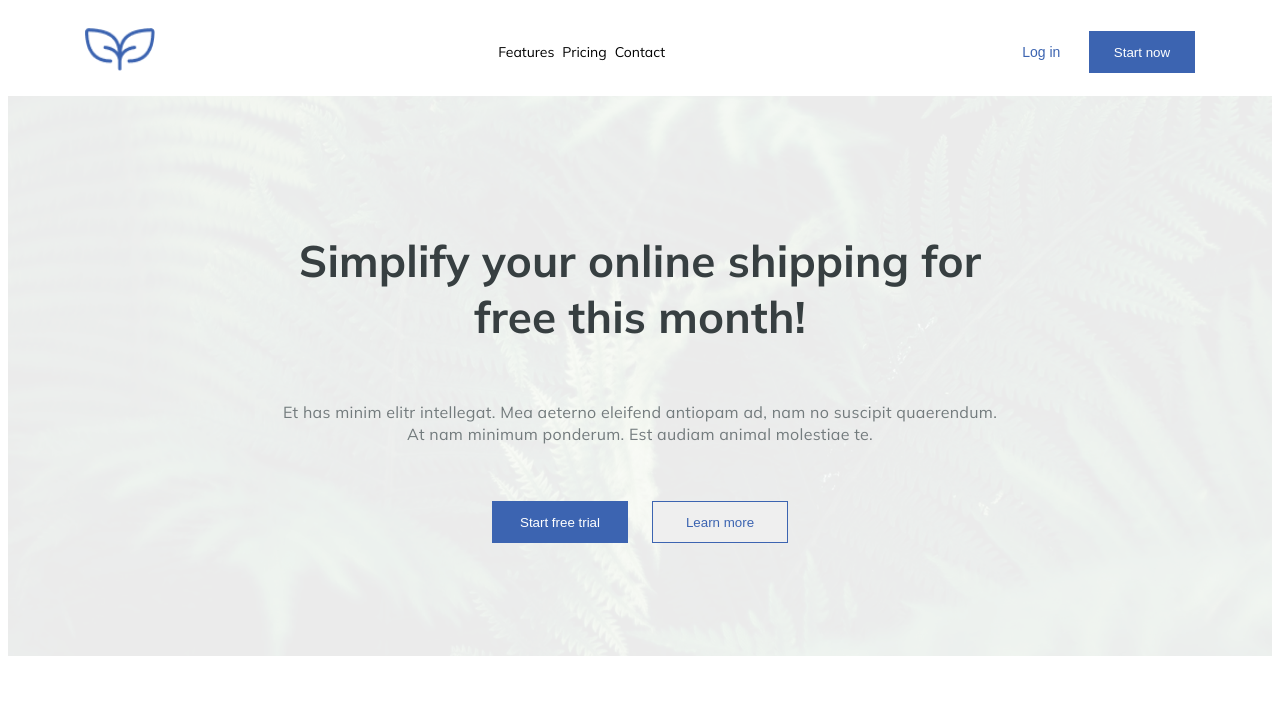
Repository: HoanTiny/FrontEnd_Examination
Page: index.html
An editor plug-in stored every save of this project. The page is shown before and after the next save, followed by the edit.
The browser window is 1280 px wide. The pictures show the whole page.

Above is the page before, as saved 2022-11-26 01:46:33.

### index.html
<!DOCTYPE html>
<html lang="en">
    <head>
        <meta charset="UTF-8" />
        <meta http-equiv="X-UA-Compatible" content="IE=edge" />
        <meta name="viewport" content="width=device-width, initial-scale=1.0" />
        <title>Document</title>
        <link rel="stylesheet" href="./acesst/css/style.css" />
        <link
            href="https://fonts.googleapis.com/css2?family=Mulish:wght@200;300;400;500;600;700;800&display=swap"
            rel="stylesheet"
        />
    </head>
    <body>
        <div class="wrapper">
            <div class="container">
                <header class="header">
                    <div class="header__logo">
                        <img src="./acesst/img/Logo.png" alt="" />
                    </div>
                    <div class="header__menu">
                        <span>Features</span>
                        <span>Pricing</span>
                        <span>Contact</span>
                    </div>
                    <div class="header__log">
                        <button type="button" class="btn_login">Log in</button>
                        <button type="button" class="btn_start">
                            Start now
                        </button>
                    </div>
                </header>
            </div>
            <div class="banner">
                <div class="banner__img"></div>
                <div class="banner__title">
                    <h2>Simplify your online shipping for free this month!</h2>
                    <p>
                        Et has minim elitr intellegat. Mea aeterno eleifend
                        antiopam ad, nam no suscipit quaerendum. At nam minimum
                        ponderum. Est audiam animal molestiae te.
                    </p>
                    <div class="banner__btn">
                        <button>Start free trial</button>
                        <button>Learn more</button>
                    </div>
                </div>
            </div>
            <div class="main"></div>
        </div>
    </body>
</html>

### acesst/css/style.css
* {
  box-sizing: inherit;
}

html {
  font-family: "Mulish", sans-serif;
  box-sizing: border-box;
  font-size: 62.5%;
  line-height: 1.8rem;
}

body {
  font-family: "Mulish", sans-serif;
}

.wrapper {
  max-width: 1440px;
  margin: 0 auto;
}

.container {
  width: 1110px;
  margin: 0 auto;
}

.header {
  display: flex;
  justify-content: space-between;
  align-items: center;
  height: 88px;
}
.header__logo img {
  width: 70px;
  height: 43px;
}
.header__menu {
  font-size: 14px;
  display: flex;
  flex-direction: row;
}
.header__menu span {
  margin-right: 8px;
  cursor: pointer;
}
.header__log .btn_login {
  height: 18px;
  background-color: white;
  color: #3c64b1;
  font-size: 14px;
  border: transparent;
}
.header__log .btn_start {
  padding: 12px 18px;
  background-color: #3c64b1;
  color: white;
  border: #3c64b1;
  margin-left: 20px;
  width: 106px;
  height: 42px;
}

.banner {
  position: relative;
  height: 560px;
  left: 0px;
  right: 0px;
  top: 0px;
}
.banner__img {
  position: absolute;
  left: 0%;
  right: 0%;
  top: 0%;
  bottom: 0%;
  background: url("../img/bg.png");
}
.banner__title {
  display: flex;
  flex-direction: column;
  align-items: center;
  padding: 0px;
  gap: 56px;
  position: absolute;
  width: 730px;
  height: 286px;
  left: calc(50% - 365px);
  top: calc(50% - 143px);
}
.banner__title h2 {
  font-weight: 700;
  font-size: 44px;
  line-height: 56px;
  text-align: center;
  letter-spacing: 0.2px;
  color: #373f41;
  margin: 0;
}
.banner__title p {
  font-weight: 400;
  font-size: 16px;
  line-height: 22px;
  text-align: center;
  letter-spacing: 0.3px;
  color: #737b7d;
  margin: 0;
}
.banner__title .banner__btn {
  display: flex;
  flex-direction: row;
  align-items: center;
  padding: 0px;
  gap: 24px;
  flex: none;
  order: 1;
  flex-grow: 0;
}
.banner__title .banner__btn button {
  width: 136px;
  height: 42px;
  padding: 12px 18px;
}
.banner__title .banner__btn button:nth-child(1) {
  background: #3c64b1;
  border: none;
  color: white;
}
.banner__title .banner__btn button:nth-child(2) {
  border: 1px solid #3c64b1;
  color: #3c64b1;
}

.main__info {
  margin-top: 60px;
}
.main__info-heading {
  font-weight: 700;
  font-size: 32px;
  line-height: 40px;
  text-align: center;
  letter-spacing: 0.1px;
  color: #373f41;
}
.main__info p {
  font-weight: 400;
  font-size: 16px;
  line-height: 22px;
  text-align: center;
  letter-spacing: 0.3px;
  margin-top: 24px;
  color: #737b7d;
}
.main__field {
  margin-top: 35px;
  display: flex;
  justify-content: space-between;
}
.main__field-list {
  display: flex;
  flex-direction: column;
  align-items: center;
  padding: 0px;
  gap: 22px;
  margin-right: 30px;
}
.main__field-list:nth-child(3) {
  margin-right: 0;
}
.main__field-list img {
  width: 40px;
  height: 40px;
}
.main__field-list--headline {
  font-weight: 700;
  font-size: 18px;
  line-height: 24px;
  text-align: center;
  letter-spacing: 0.1px;
  color: #737b7d;
}
.main__field-list--title {
  font-weight: 400;
  font-size: 14px;
  line-height: 20px;
  text-align: center;
  letter-spacing: 0.2px;
  color: #373f41;
}
.main__field-list--discover {
  font-weight: 700;
  font-size: 14px;
  line-height: 18px;
  display: flex;
  align-items: center;
  text-align: center;
  letter-spacing: 0.3px;
  color: #3c64b1;
}
.main__introduce {
  margin-top: 48px;
  margin-bottom: 86px;
}
.main__introduce--one {
  display: flex;
  margin-bottom: 108px;
}
.main__introduce--one img {
  width: 540px;
  height: 440px;
}
.main__introduce--one .introduce__text {
  display: flex;
  flex-direction: column;
  align-items: center;
  justify-content: center;
  padding: 0px;
  gap: 56px;
  margin-left: 30px;
}
.main__introduce--one .introduce__text-headline {
  font-weight: 700;
  font-size: 32px;
  line-height: 40px;
  letter-spacing: 0.1px;
  color: #373f41;
}
.main__introduce--one .introduce__text-text {
  font-weight: 400;
  font-size: 16px;
  line-height: 22px;
  letter-spacing: 0.3px;
  color: #737b7d;
}
.main__introduce--one .introduce__text-btn {
  width: 100%;
}
.main__introduce--one .introduce__text-btn .btn {
  display: flex;
  justify-content: space-between;
  width: 100%;
}
.main__introduce--one .introduce__text-btn .btn input {
  margin-left: 0;
  width: 377px;
  height: 42px;
  background: #f4f5f4;
  border: #f4f5f4;
  padding: 11px 16px;
}
.main__introduce--one .introduce__text-btn .btn button {
  width: 139px;
  height: 42px;
  padding: 12px 18px;
  background: #3c64b1;
  border: #3c64b1;
  color: white;
}
.main__introduce--one .introduce__text-btn p {
  margin-top: 12px;
  font-weight: 600;
  font-size: 12px;
  line-height: 16px;
  letter-spacing: 0.2px;
  color: #737b7d;
}
.main__introduce--two {
  display: flex;
}
.main__introduce--two img {
  width: 540px;
  height: 440px;
}
.main__introduce--two .introduce__text2 {
  display: flex;
  flex-direction: column;
  justify-content: center;
}
.main__introduce--two .introduce__text2-headline {
  font-weight: 700;
  font-size: 32px;
  line-height: 40px;
  letter-spacing: 0.1px;
  color: #373f41;
}
.main__introduce--two .introduce__text2-content {
  margin-top: 56px;
  display: flex;
}
.main__introduce--two .introduce__text2-content .content1 img {
  width: 32px;
  height: 32px;
}
.main__introduce--two .introduce__text2-content .content1 p {
  font-weight: 400;
  font-size: 16px;
  line-height: 22px;
  letter-spacing: 0.3px;
  color: #737b7d;
  margin-top: 16px;
}
.main__footer {
  display: flex;
  align-items: center;
}
.main__footer-list {
  display: flex;
  flex-direction: column;
  align-items: center;
  padding: 0px;
  gap: 32px;
  margin-right: 30px;
}
.main__footer-list img {
  width: 255px;
  height: 260px;
}
.main__footer-list h3 {
  font-weight: 700;
  font-size: 18px;
  line-height: 24px;
  text-align: center;
  letter-spacing: 0.1px;
  color: #373f41;
}
.main__footer-list p {
  font-weight: 400;
  font-size: 14px;
  line-height: 20px;
  text-align: center;
  letter-spacing: 0.2px;
  color: #373f41;
}

/*# sourceMappingURL=style.css.map */

After the next save:
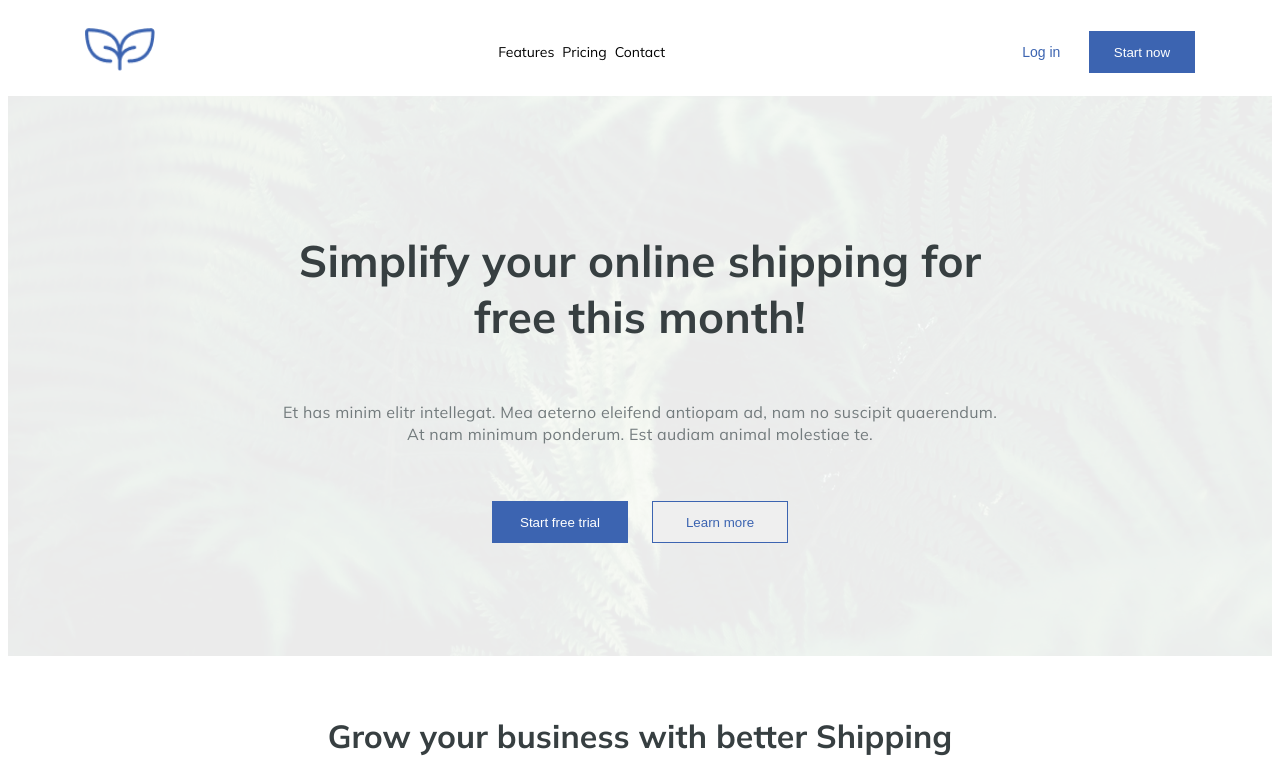
Saved 2 min 28 s later.
--- a/index.html
+++ b/index.html
@@ -46,7 +46,13 @@
                     </div>
                 </div>
             </div>
-            <div class="main"></div>
+            <div class="main">
+                <div class="main__info">
+                    <h2 class="main__info-heading">
+                        Grow your business with better Shipping
+                    </h2>
+                </div>
+            </div>
         </div>
     </body>
 </html>
